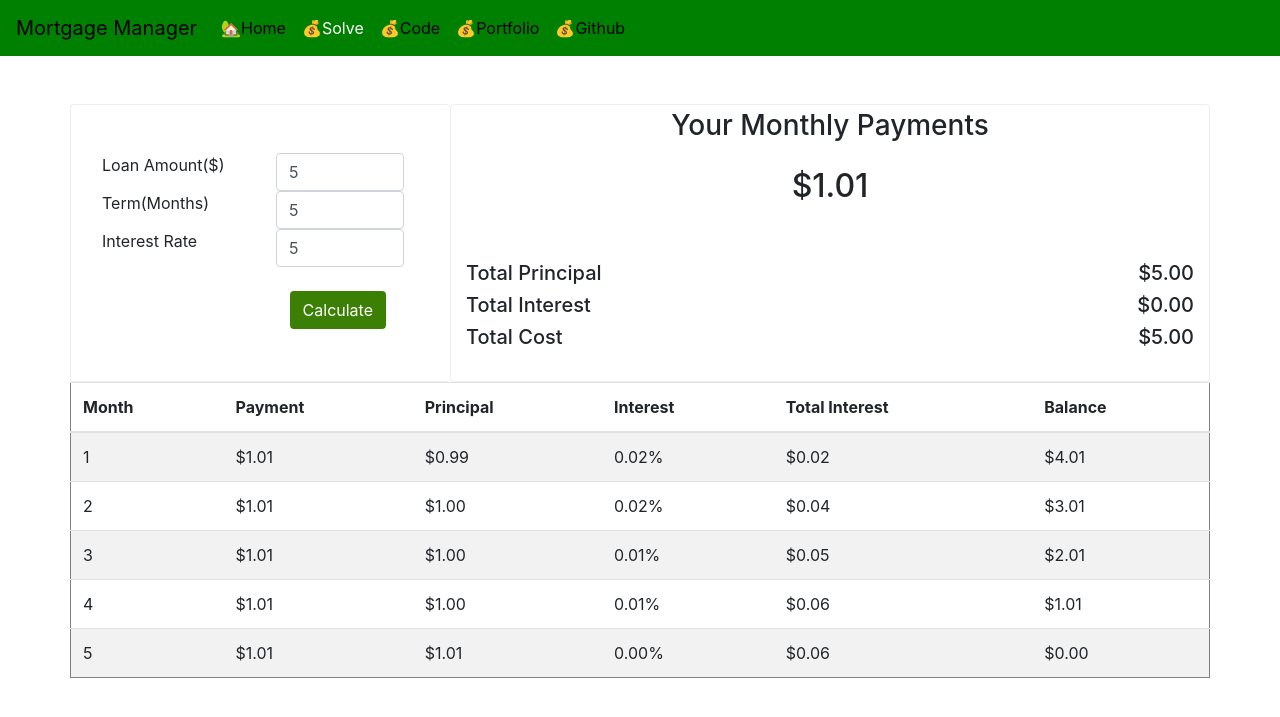
Repository: zhadjah9559/MortgageManager
Page: solve.html
The author's editor kept a copy of each file at every save. The page is drawn from the files as they stood at one save, then again after the next save.
The browser window is 1280 px wide. The pictures show the whole page.
Empty fields were first filled with sample values (such as "Sample", 5 or name@example.com).
After loading, the first visible `button.btn` was clicked once.

Above is the page before, as saved 2021-01-17 13:42:05.

### solve.html
<!doctype html>
<html lang="en">
  <head>
    <title>Mortgage Loan Calculator</title>
    <!-- Required meta tags -->
    <meta charset="utf-8">
    <meta name="viewport" content="width=device-width, initial-scale=1, shrink-to-fit=no">

    <!-- Bootstrap CSS -->
    <link rel="stylesheet" href="https://stackpath.bootstrapcdn.com/bootstrap/4.3.1/css/bootstrap.min.css" integrity="sha384-ggOyR0iXCbMQv3Xipma34MD+dH/1fQ784/j6cY/iJTQUOhcWr7x9JvoRxT2MZw1T" crossorigin="anonymous">
    <link rel="stylesheet" href="css/custom.css">
    <link rel="stylesheet" href="css/prism.css">
  </head>
  <body>

    <nav class="navbar navbar-expand-sm navbar-dark" style="background-color: green;">
        <a class="navbar-brand" href="#">Mortgage Manager</a>
        <button class="navbar-toggler d-lg-none" type="button" data-toggle="collapse" data-target="#collapsibleNavId" aria-controls="collapsibleNavId"
            aria-expanded="false" aria-label="Toggle navigation"></button>
        <div class="collapse navbar-collapse" id="collapsibleNavId">
            <ul class="navbar-nav mr-auto mt-2 mt-lg-0">
                <li class="nav-item ">
                    <a class="nav-link" href="index.html">🏡Home </a>
                </li>
                <li class="nav-item active">
                    <a class="nav-link" href="solve.html">💰Solve <span class="sr-only">(current)</span></a>
                </li>
                <li class="nav-item">
                    <a class="nav-link" href="code.html">💰Code</a>
                </li>
                <li class="nav-item">
                    <a class="nav-link" href="https://zacharyhadjah.netlify.app">💰Portfolio</a>
                </li>
                <li class="nav-item">
                    <a class="nav-link" href="https://github.com/zhadjah9559">💰Github</a>
                </li>
            </ul>
        </div>
    </nav>
    <br/>
    <br/>



    <div class="container">
        <div class="row">



            <!--INPUTS COLUMN-->
            <div class="col-4" style="border-style:groove; border-width: 1px; border-radius:4px;border-right-style:none;">
                <div class="row mt-5">
                    <div class="col-5 ml-3">
                        <label for="Loan Amount">Loan Amount($)</label>
                    </div>
                    <div class="col-5 ml-3">
                        <input type="number" class="form-control" id="loanAmount" placeholder="100000">
                    </div>
                </div>
                <div class="row">
                    <div class="col-5 ml-3">
                        <label for="Term">Term(Months)</label>
                    </div>
                    <div class="col-5 ml-3">
                        <input type="number" class="form-control" id="months" placeholder="60">
                    </div>
                </div>
                <div class="row">
                    <div class="col-5 ml-3">
                        <label for="Interest Rate">Interest Rate</label>
                    </div>
                    <div class="col-5 ml-3">
                        <input type="number" class="form-control" id="interestRate" placeholder="3.5%">
                    </div>
                </div>
                <div class="row offset-7 mt-4">
                    <button class="btn" type="submit" style="background-color: #3B8004; color:white;"  onclick="calculateLoan()">Calculate</button>
                </div>
            </div>
            <!--INPUTS COLUMN-->

            <!--OUTPUTS COLUMN-->
            <div class="col" style="border-style:groove; border-width: 1px; border-radius:4px;">

                <div class="row justify-content-center mt-1" >
                    <h3>Your Monthly Payments</h3>
                </div>


                <div class="row justify-content-center mt-3">
                    <h2 id="monthlyPayment">$0.00</h2>
                </div>


                <div class="row justify-content-center mt-5">
                    <div class="col-3">
                        <h5>Total Principal</h5>
                    </div>
                    <div class="col-3 offset-6">
                        <h5 id="totalPrincipalOutput" class="text-right">$0.00</h5>
                    </div>


                    <div class="col-3">
                        <h5>Total Interest</h5>
                    </div>
                    <div class="col-3 offset-6">
                        <h5 id="totalInterestOutput" class="text-right">$0.00</h5>
                    </div>


                    <div class="col-3">
                        <h5>Total Cost</h5>
                    </div>
                    <div class="col-3 offset-6">
                        <h5 id="totalCostOutput" class="text-right">$0.00</h5>
                    </div>

                </div>
                <br/>

            </div>
            <!--OUTPUTS COLUMN-->

        </div>
    </div>


    <div class="container">
        <div class="row">
            <table class="table table-striped"  style="border-style:groove; border-width: 1px; border-radius:4px;border-top-style: none;">
                <thead>
                    <tr>
                        <th>Month</th>
                        <th>Payment</th>
                        <th>Principal</th>
                        <th>Interest</th>
                        <th>Total Interest</th>
                        <th>Balance</th>
                    </tr>
                </thead>
                <tbody id="tBody">

                </tbody>
            </table>
        </div>
    </div>



    <!-- Optional JavaScript -->
    <!-- jQuery first, then Popper.js, then Bootstrap JS -->
    <script src="https://code.jquery.com/jquery-3.3.1.slim.min.js" integrity="sha384-q8i/X+965DzO0rT7abK41JStQIAqVgRVzpbzo5smXKp4YfRvH+8abtTE1Pi6jizo" crossorigin="anonymous"></script>
    <script src="https://cdnjs.cloudflare.com/ajax/libs/popper.js/1.14.7/umd/popper.min.js" integrity="sha384-UO2eT0CpHqdSJQ6hJty5KVphtPhzWj9WO1clHTMGa3JDZwrnQq4sF86dIHNDz0W1" crossorigin="anonymous"></script>
    <script src="https://stackpath.bootstrapcdn.com/bootstrap/4.3.1/js/bootstrap.min.js" integrity="sha384-JjSmVgyd0p3pXB1rRibZUAYoIIy6OrQ6VrjIEaFf/nJGzIxFDsf4x0xIM+B07jRM" crossorigin="anonymous"></script>
    <script src="js/custom.js"></script>
    <script src="js/prism.js"></script>
  </body>
</html>

### css/custom.css
.navbar-dark .navbar-nav .active>.nav-link{
    color:white;
}
.navbar-dark .navbar-nav .nav-link{
    color:black;
}
.navbar .navbar-brand{
    color:black;
}

.indexContainer {
    width:860px;
    height:540px;
    position:absolute;
    top:60%;
    left:50%;
    margin-top:-320px;
    margin-left:-480px;
}

### css/prism.css
/* PrismJS 1.23.0
https://prismjs.com/download.html#themes=prism-okaidia&languages=markup+css+clike+javascript&plugins=normalize-whitespace */
/**
 * okaidia theme for JavaScript, CSS and HTML
 * Loosely based on Monokai textmate theme by http://www.monokai.nl/
 * @author ocodia
 */

code[class*="language-"],
pre[class*="language-"] {
	color: #f8f8f2;
	background: none;
	text-shadow: 0 1px rgba(0, 0, 0, 0.3);
	font-family: Consolas, Monaco, 'Andale Mono', 'Ubuntu Mono', monospace;
	font-size: 1em;
	text-align: left;
	white-space: pre;
	word-spacing: normal;
	word-break: normal;
	word-wrap: normal;
	line-height: 1.5;

	-moz-tab-size: 4;
	-o-tab-size: 4;
	tab-size: 4;

	-webkit-hyphens: none;
	-moz-hyphens: none;
	-ms-hyphens: none;
	hyphens: none;
}

/* Code blocks */
pre[class*="language-"] {
	padding: 1em;
	margin: .5em 0;
	overflow: auto;
	border-radius: 0.3em;
}

:not(pre) > code[class*="language-"],
pre[class*="language-"] {
	background: #272822;
}

/* Inline code */
:not(pre) > code[class*="language-"] {
	padding: .1em;
	border-radius: .3em;
	white-space: normal;
}

.token.comment,
.token.prolog,
.token.doctype,
.token.cdata {
	color: #8292a2;
}

.token.punctuation {
	color: #f8f8f2;
}

.token.namespace {
	opacity: .7;
}

.token.property,
.token.tag,
.token.constant,
.token.symbol,
.token.deleted {
	color: #f92672;
}

.token.boolean,
.token.number {
	color: #ae81ff;
}

.token.selector,
.token.attr-name,
.token.string,
.token.char,
.token.builtin,
.token.inserted {
	color: #a6e22e;
}

.token.operator,
.token.entity,
.token.url,
.language-css .token.string,
.style .token.string,
.token.variable {
	color: #f8f8f2;
}

.token.atrule,
.token.attr-value,
.token.function,
.token.class-name {
	color: #e6db74;
}

.token.keyword {
	color: #66d9ef;
}

.token.regex,
.token.important {
	color: #fd971f;
}

.token.important,
.token.bold {
	font-weight: bold;
}
.token.italic {
	font-style: italic;
}

.token.entity {
	cursor: help;
}

### js/custom.js
function calculateLoan(){
    let loanAmount = parseInt( document.getElementById("loanAmount").value )
    let months = parseInt( document.getElementById("months").value )

    //before the very first month
    let remainingBalance = [loanAmount]

    //DONT FORGET TO CONVERT THIS TO A PERCENTAGE
    let interestRate = parseFloat( document.getElementById("interestRate").value )

    //Keep track of interest payments
    let interest = new Array()

    //Keep track of principal payments
    let principalPayments = new Array()

    //keep track of total interest
    let totalInterest = new Array()
    totalInterest.push(0);

    //Total Monthly Payment                                                         (1+rate/1200)^(-NumberOfMonths)
    let totalMonthlyPayment = (loanAmount) * (interestRate/1200) / (1 -   Math.pow( (1 + interestRate/1200) , (-months) ) )

    //END OF DECLARATIONS*******************************************************

    //input validation to make sure interest is valid number
    if(interestRate >= 100){

    }

    //loop will perform 60 times meaning you will get 60 elements for the variables declared inside
    for (let i = 0; i < months; i++) {
        //Interest
        interest.push(  (remainingBalance[i]) * (interestRate/1200)  )

        //principal payment
        principalPayments.push(  totalMonthlyPayment - interest[i]  )

        //totalInterest
        totalInterest.push( totalInterest[i] + ( (totalMonthlyPayment) - (principalPayments[i]) )    )

        remainingBalance.push( remainingBalance[i] - principalPayments[i] )
    }



    //will later on be used in order to display output
    let tBody ="";
    for (let i = 0; i < months; i++) {
        tBody += `<tr> <td>${ i+1 }</td>
                       <td>$${  (Math.round(totalMonthlyPayment * 100) / 100).toFixed(2) }</td>
                       <td>$${  (Math.round(principalPayments[i] * 100) / 100).toFixed(2)   }</td>
                       <td>${   (Math.round(interest[i] * 100) / 100).toFixed(2) }%</td>
                       <td>$${  (Math.round(totalInterest[i+1] * 100) / 100).toFixed(2)   }</td>
                       <td>$${  (Math.round(remainingBalance[i+1] * 100) / 100).toFixed(2)   }</td>
                 </tr>`
    }
    document.getElementById("tBody").innerHTML = tBody
    document.getElementById("monthlyPayment").innerHTML = `$${(Math.round(  totalMonthlyPayment  * 100) / 100).toFixed(2)}`
    document.getElementById("totalPrincipalOutput").innerHTML = `$${(Math.round(  loanAmount  * 100) / 100).toFixed(2)}`
    document.getElementById("totalCostOutput").innerHTML = `$${(Math.round(  loanAmount  * 100) / 100).toFixed(2)}`




}

Loaded but not shown: js/prism.js (library)

After the next save:
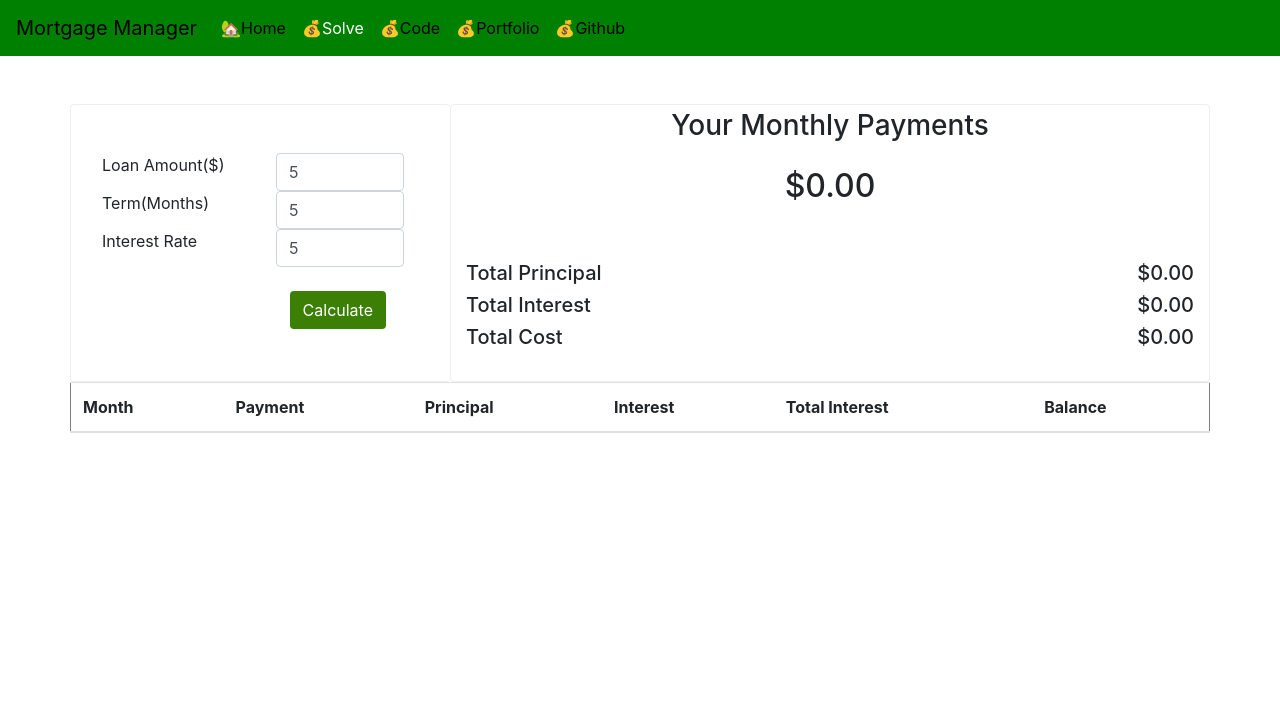
Console error: SyntaxError: Unexpected token '*'
Saved 11 s later.
--- a/js/custom.js
+++ b/js/custom.js
@@ -58,7 +58,7 @@
     document.getElementById("tBody").innerHTML = tBody
     document.getElementById("monthlyPayment").innerHTML = `$${(Math.round(  totalMonthlyPayment  * 100) / 100).toFixed(2)}`
     document.getElementById("totalPrincipalOutput").innerHTML = `$${(Math.round(  loanAmount  * 100) / 100).toFixed(2)}`
-    document.getElementById("totalCostOutput").innerHTML = `$${(Math.round(  loanAmount  * 100) / 100).toFixed(2)}`
+    document.getElementById("totalCostOutput").innerHTML = `$${(Math.round(    * 100) / 100).toFixed(2)}`
 
 
 

After the 6 saves that followed:
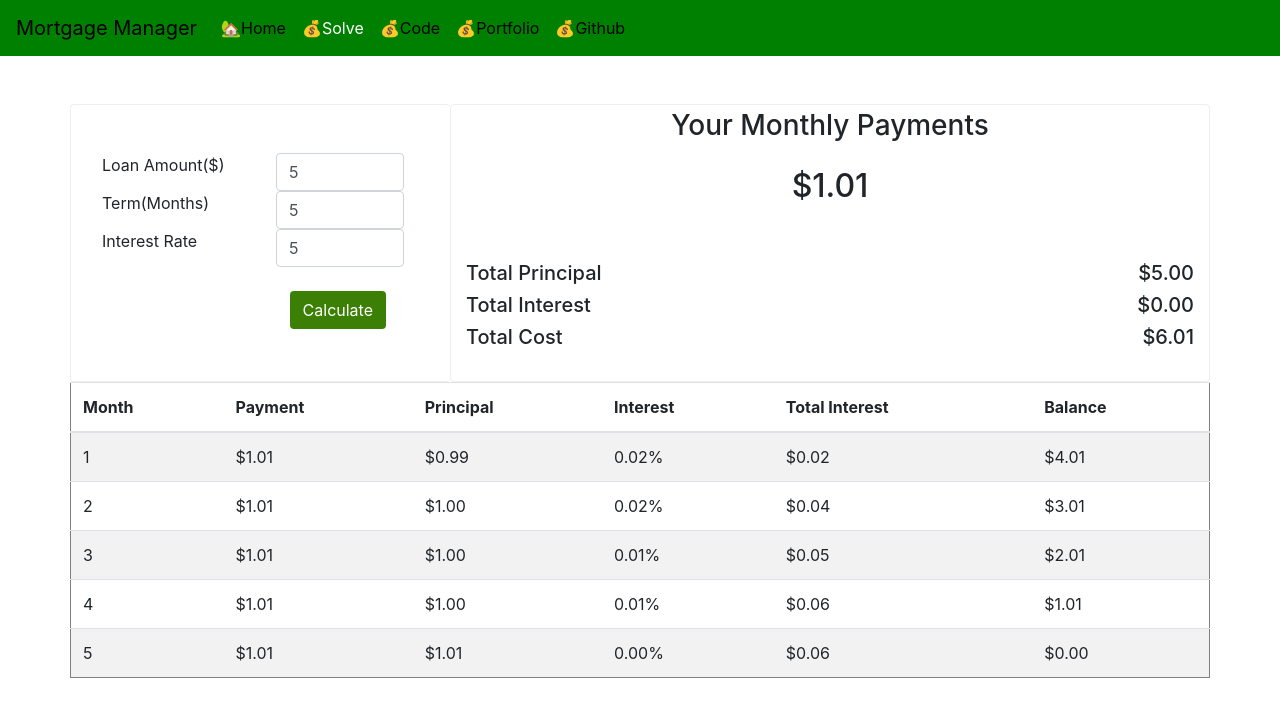
The error is gone.
The 6 saves are shown as one change because 1 left the picture as it was and some came seconds apart.
The last was saved 76 s later.
--- a/js/custom.js
+++ b/js/custom.js
@@ -58,7 +58,7 @@
     document.getElementById("tBody").innerHTML = tBody
     document.getElementById("monthlyPayment").innerHTML = `$${(Math.round(  totalMonthlyPayment  * 100) / 100).toFixed(2)}`
     document.getElementById("totalPrincipalOutput").innerHTML = `$${(Math.round(  loanAmount  * 100) / 100).toFixed(2)}`
-    document.getElementById("totalCostOutput").innerHTML = `$${(Math.round(    * 100) / 100).toFixed(2)}`
+    document.getElementById("totalCostOutput").innerHTML = `$${(Math.round(  (loanAmount+totalMonthlyPayment )  * 100) / 100).toFixed(2)}`
 
 
 
